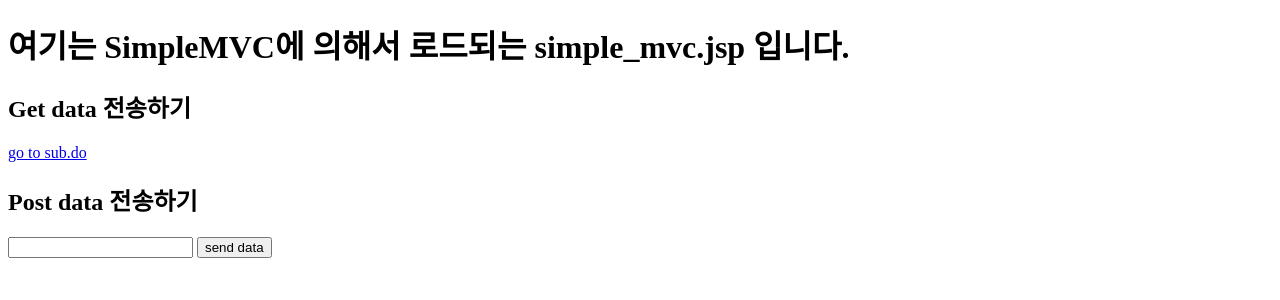
Repository: hari6180/JSP
Page: http://localhost/Model2/sub.do?num1=100&num2=200
The author's editor kept a copy of each file at every save. The page is drawn from the files as they stood at one save, then again after the next save.
The browser window is 1280 px wide. The pictures show the whole page.
The page is served by Tomcat 9. Other server files are loaded and not shown.

Above is the page before, as saved 2021-01-25 03:58:47.

### Model2/WebContent/WEB-INF/views/sub_get.jsp
<%@ page language="java" contentType="text/html; charset=UTF-8" pageEncoding="UTF-8"%>
<%@ page trimDirectiveWhitespaces="true" %>
<%
	// request 객체에 포함된 num1, num2, num3 값을 꺼낸다.
	// 이 값들은 Servlet에서 이 JSP 페이지로 forward 되기 전에 request 객체에 추가된다.
	int num1 = (Integer) request.getAttribute("num1");
	int num2 = (Integer) request.getAttribute("num2");
	int num3 = (Integer) request.getAttribute("num3");
%>
<!doctype html>
<html>

<head>
    <meta charset="UTF-8" />
    <title>SimpleMVC</title>
</head>

<body>
    <h1>여기는 SimpleMVC에 의해서 로드되는 simple_mvc.jsp 입니다.</h1>

    <h2>Get data 전송하기</h2>
    <a href='sub.do?num1=100&num2=200'>go to sub.do</a>

    <h2>Post data 전송하기</h2>
    <form method='post' action='sub.do'>
    	<input type='text' name='user_name' />
    	<button type='submit'>send data</button>
    </form>
</body>

</html>

### Model2/src/study/jsp/model2/controller/Sub.java
package study.jsp.model2.controller;

import java.io.IOException;

import javax.servlet.RequestDispatcher;
import javax.servlet.ServletException;
import javax.servlet.annotation.WebServlet;
import javax.servlet.http.HttpServlet;
import javax.servlet.http.HttpServletRequest;
import javax.servlet.http.HttpServletResponse;

/**
 * Servlet implementation class Sub
 */
// WEB상에 노출되는 URL을 sub.do로 설정한다.
@WebServlet("/sub.do")
public class Sub extends HttpServlet {


    /**
	 *
	 */
	private static final long serialVersionUID = 2597879657454404329L;

	/**
     * @see HttpServlet#HttpServlet()
     */
    public Sub() {
        super();
        // TODO Auto-generated constructor stub
    }

	/**
	 * @see HttpServlet#doGet(HttpServletRequest request, HttpServletResponse response)
	 */
	protected void doGet(HttpServletRequest request, HttpServletResponse response) throws ServletException, IOException {
		// 브라우저에 전달되는 컨텐츠의 형식 지정
		response.setContentType("text/html; charset=utf-8");
		// 브라우저로부터 전달받는 파라미터의 인코딩 형식 지정
		request.setCharacterEncoding("utf-8");

		// 파라미터 받기
		String num1_str = request.getParameter("num1");
		String num2_str = request.getParameter("num2");

		// 연산을 통한 새로운 데이터 생성하기
		int num1 = Integer.parseInt(num1_str);
		int num2 = Integer.parseInt(num2_str);
		int num3 = num1 + num2;

		// JSP에게 전달할 변수값들을 request 객체에 추가
		request.setAttribute("num1", num1);
		request.setAttribute("num2", num2);
		request.setAttribute("num3", num3);

		// 프로그램의 흐름을 "/WEB-INF/views/sub_get.jsp"에게 넘긴다.
		String view = "/WEB-INF/views/sub_get.jsp";
		RequestDispatcher dispatcher = request.getRequestDispatcher(view);
		dispatcher.forward(request, response);

	}

	/**
	 * @see HttpServlet#doPost(HttpServletRequest request, HttpServletResponse response)
	 */
	protected void doPost(HttpServletRequest request, HttpServletResponse response) throws ServletException, IOException {
		// TODO Auto-generated method stub
		doGet(request, response);
	}

}

After the next save:
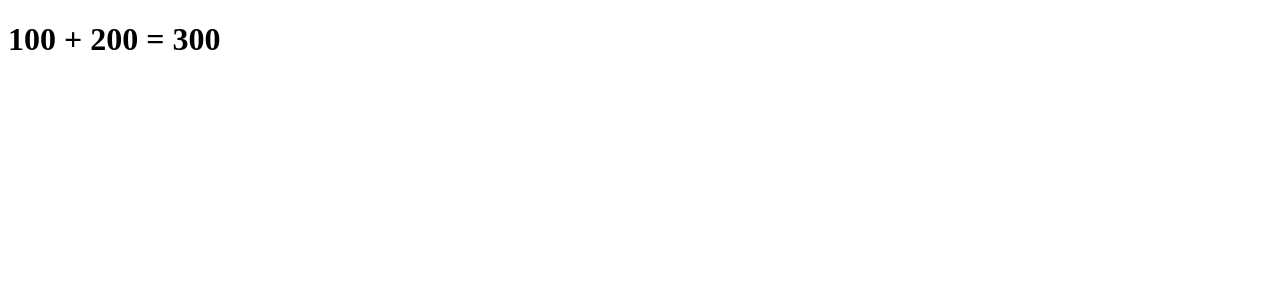
Saved 48 s later.
--- a/Model2/WebContent/WEB-INF/views/sub_get.jsp
+++ b/Model2/WebContent/WEB-INF/views/sub_get.jsp
@@ -16,16 +16,8 @@
 </head>
 
 <body>
-    <h1>여기는 SimpleMVC에 의해서 로드되는 simple_mvc.jsp 입니다.</h1>
+    <h1><%=num1%> + <%=num2%> = <%=num3%></h1>
 
-    <h2>Get data 전송하기</h2>
-    <a href='sub.do?num1=100&num2=200'>go to sub.do</a>
-
-    <h2>Post data 전송하기</h2>
-    <form method='post' action='sub.do'>
-    	<input type='text' name='user_name' />
-    	<button type='submit'>send data</button>
-    </form>
 </body>
 
 </html>
